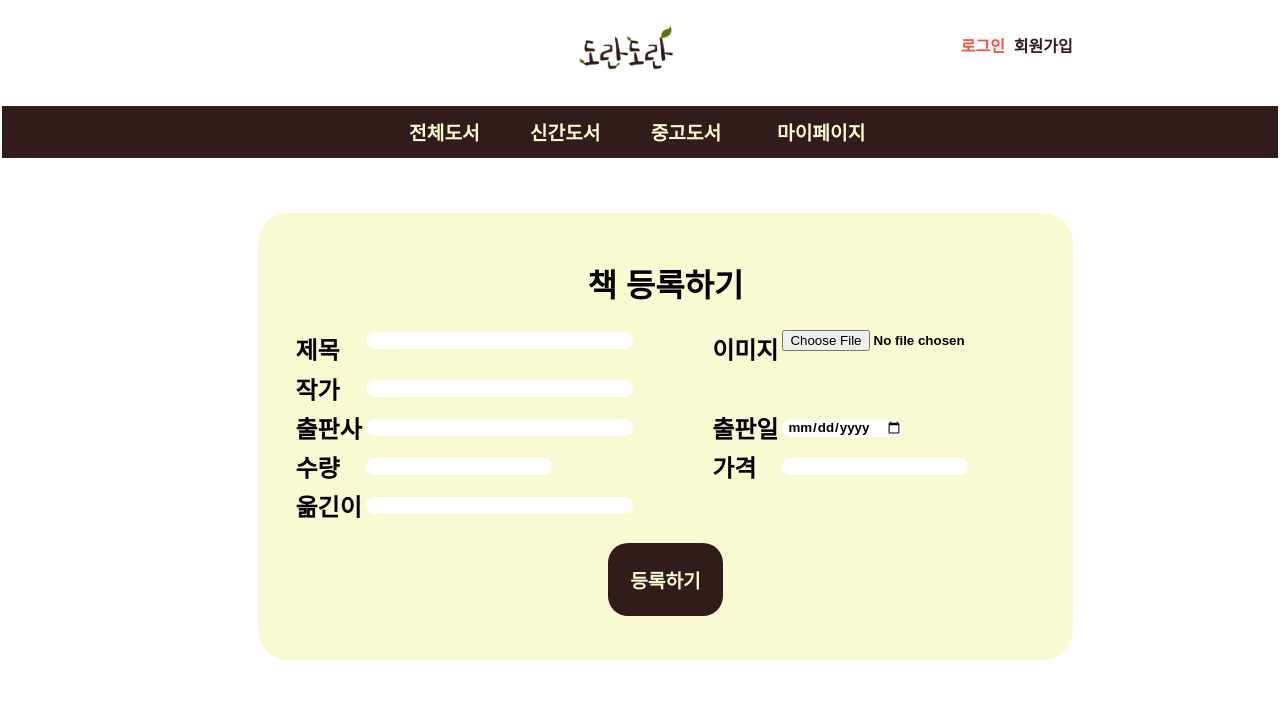
Repository: juhyun110701/DORANDORAN
Page: http://localhost/dorandoran/bookEnroll.jsp
An editor plug-in stored every save of this project. The page is shown before and after the next save, followed by the edit.
The browser window is 1280 px wide. The pictures show the whole page.
Some web fonts or font styles are not loaded; a fallback is used. The page is served by Tomcat 9.

Above is the page before, as saved 2019-07-31 06:29:40.

After the next save:
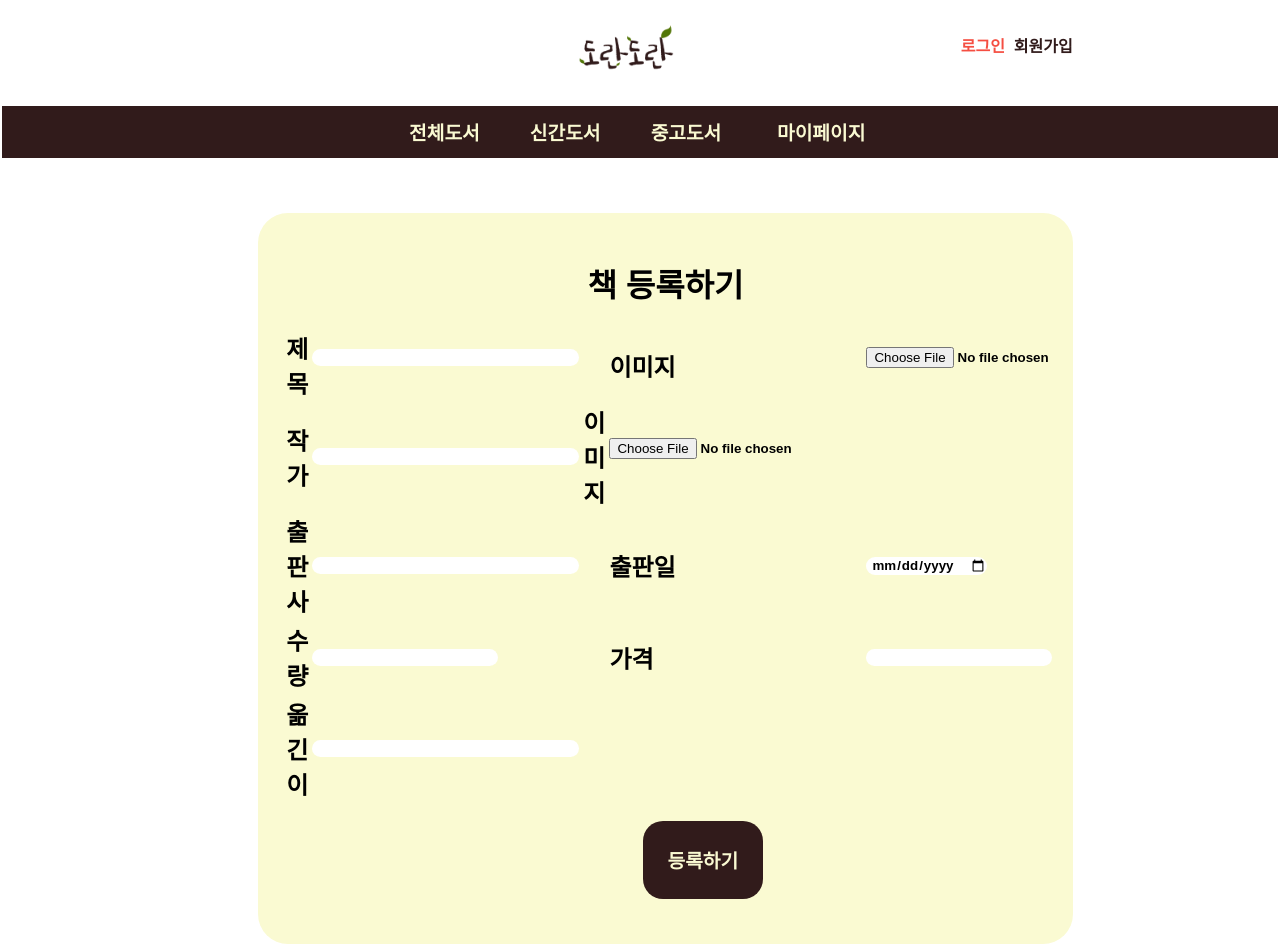
Saved 2 min 21 s later.
--- a/dorandoran/WebContent/bookEnroll.jsp
+++ b/dorandoran/WebContent/bookEnroll.jsp
@@ -59,6 +59,12 @@
                             <td>
                                 <input type="text" name="writer" class="text" size=30>
                             </td>
+                            <td>
+                               <font size="5%">이미지</font>
+                          	</td>
+                      		<td>
+                              <input type="file" name="file"><p>
+                          	</td>
                        </tr>
                        <tr>
                             <td>
